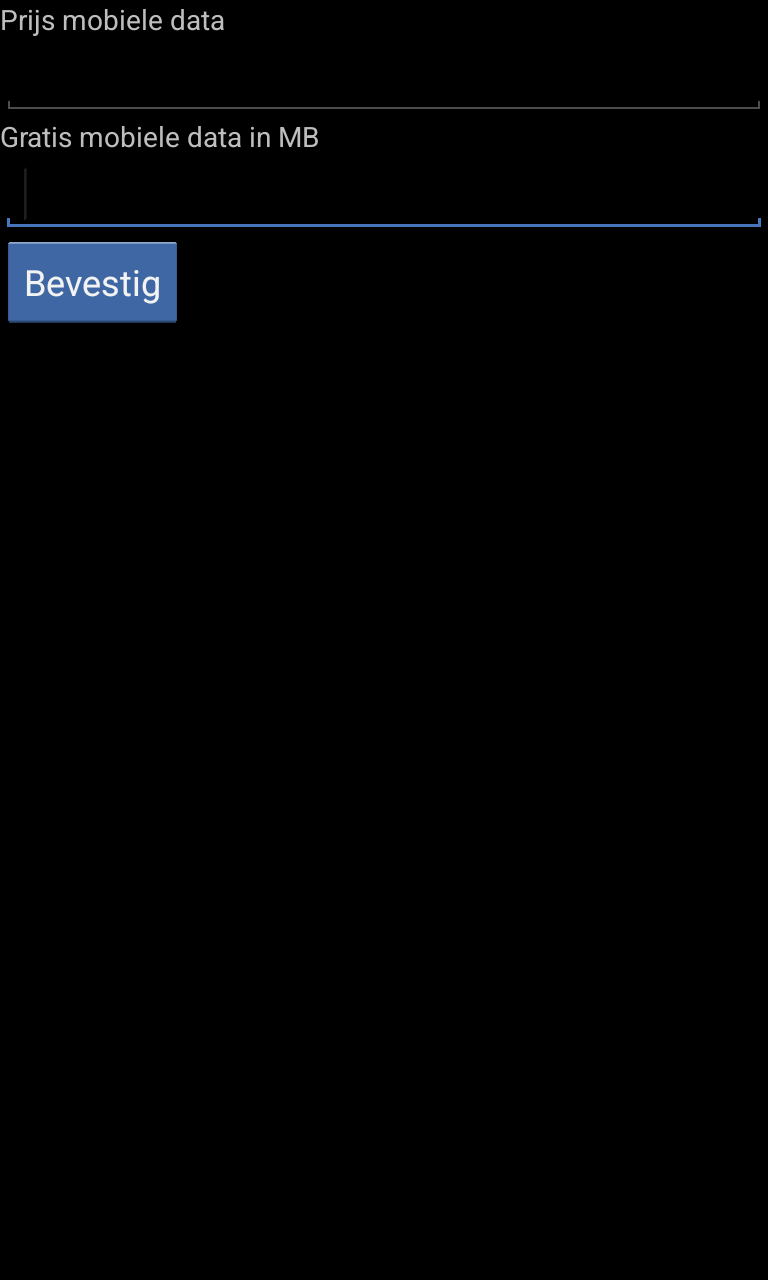
Repository: jeroenverreyt/mobieleplatformen
Layout: MobielePlatformen/MobielePlatformen/res/layout/insertdata.xml
These files come from the project's save history. The layout is drawn as it stood at one moment and after the next save; the edit follows.
It is drawn on a 768 x 1280 px phone screen (xhdpi) without system bars, with theme AppTheme; the app's code is not run.

Above is the layout before, as saved 2014-05-01 14:34:51.

After the next save:
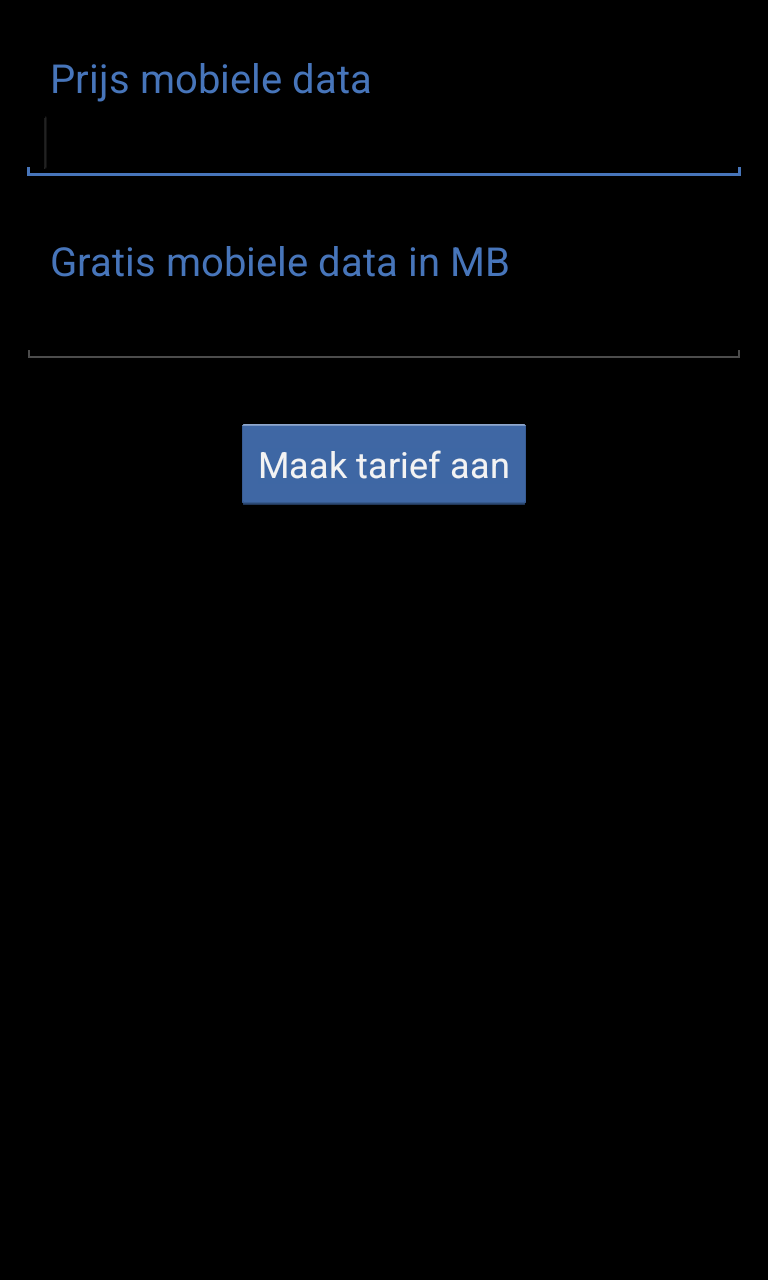
Saved 13 min 16 s later.
--- a/MobielePlatformen/MobielePlatformen/res/layout/insertdata.xml
+++ b/MobielePlatformen/MobielePlatformen/res/layout/insertdata.xml
@@ -1,45 +1,73 @@
 <?xml version="1.0" encoding="utf-8"?>
 <LinearLayout xmlns:android="http://schemas.android.com/apk/res/android"
-    android:layout_width="match_parent"
-    android:layout_height="match_parent"
-    android:orientation="vertical" >
+    xmlns:tools="http://schemas.android.com/tools"
+    android:layout_width="fill_parent"
+    android:layout_height="fill_parent" >
 
-    <TextView
-        android:id="@+id/textView1"
-        android:layout_width="wrap_content"
-        android:layout_height="wrap_content"
-        android:text="Prijs mobiele data" />
+    <ScrollView
+        android:layout_width="fill_parent"
+        android:layout_height="wrap_content" >
 
-    <EditText
-        android:id="@+id/etNewData"
-        android:layout_width="match_parent"
-        android:layout_height="wrap_content"
-        android:ems="10"
-        android:inputType="numberDecimal" >
+        <LinearLayout
+            android:id="@+id/LinearLayout1"
+            android:layout_width="fill_parent"
+            android:layout_height="fill_parent"
+            android:focusable="true"
+            android:focusableInTouchMode="true"
+            android:label="@string/app_name"
+            android:orientation="vertical" >
 
-        <requestFocus />
-    </EditText>
+            <TextView
+                android:id="@+id/textView1"
+                android:layout_width="wrap_content"
+                android:layout_height="wrap_content"
+                android:layout_marginLeft="25dp"
+                android:layout_marginTop="25dp"
+                android:text="Prijs mobiele data"
+                android:textColor="@color/basiccolor"
+                android:textSize="20sp" />
 
-    <TextView
-        android:id="@+id/textView3"
-        android:layout_width="wrap_content"
-        android:layout_height="wrap_content"
-        android:text="Gratis mobiele data in MB" />
+            <EditText
+                android:id="@+id/etNewData"
+                android:layout_width="match_parent"
+                android:layout_height="wrap_content"
+                android:layout_marginLeft="10dp"
+                android:layout_marginRight="10dp"
+                android:ems="10"
+                android:inputType="numberDecimal"
+                android:textColor="#FFFFFF" >
 
-    <EditText
-        android:id="@+id/etNewFreeData"
-        android:layout_width="match_parent"
-        android:layout_height="wrap_content"
-        android:ems="10"
-        android:inputType="numberDecimal|text" >
+                <requestFocus />
+            </EditText>
 
-        <requestFocus />
-    </EditText>
+            <TextView
+                android:id="@+id/textView3"
+                android:layout_width="wrap_content"
+                android:layout_height="wrap_content"
+                android:layout_marginLeft="25dp"
+                android:layout_marginTop="25dp"
+                android:text="Gratis mobiele data in MB"
+                android:textColor="@color/basiccolor"
+                android:textSize="20sp" />
 
-    <Button
-        android:id="@+id/bInsertNew"
-        android:layout_width="wrap_content"
-        android:layout_height="wrap_content"
-        android:text="Bevestig" />
+            <EditText
+                android:id="@+id/etNewFreeData"
+                android:layout_width="match_parent"
+                android:layout_height="wrap_content"
+                android:layout_marginLeft="10dp"
+                android:layout_marginRight="10dp"
+                android:ems="10"
+                android:inputType="numberDecimal"
+                android:textColor="#FFFFFF" />
+
+            <Button
+                android:id="@+id/bInsertNew"
+                android:layout_width="wrap_content"
+                android:layout_height="wrap_content"
+                android:layout_gravity="center"
+                android:layout_margin="25dp"
+                android:text="Maak tarief aan" />
+        </LinearLayout>
+    </ScrollView>
 
 </LinearLayout>
